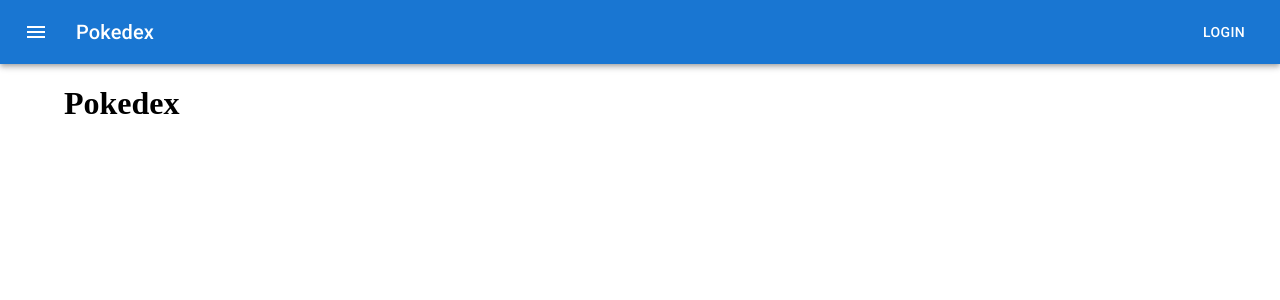
Repository: guilhermecardoso93/pokedex
Page: /
These files come from the project's save history. The page is drawn as it stood at one moment and after the next save; the edit follows.
The browser window is 1280 px wide. The pictures show the whole page.
The page's requests for data from a server got no answer. The project was rebuilt for these pictures with package versions that can differ from the ones it lists, and the page was loaded fresh each time. No one was signed in, and anything a server would have sent is missing. Also part of the build but not shown: src/pokedex/components/styles..ts, src/pokedex/components/PokedexCard.tsx, src/pokemon/services/getPokemonDetails.ts, src/pokemon/PokemonDetails.tsx.

Above is the page before, as saved 2022-08-07 10:07:22.

### public/index.html
<!DOCTYPE html>
<html lang="en">

<head>
  <meta charset="utf-8" />
  <link rel="icon" href="/public/favicon.ico" />
  <link rel="shortcut icon" href="/favicon.ico" type="image/x-icon">
  <meta name="viewport" content="width=device-width, initial-scale=1" />
  <meta name="theme-color" content="#000000" />
  <meta name="description" content="Web site created using create-react-app" />
  <link rel="stylesheet" href="https://fonts.googleapis.com/css?family=Roboto:300,400,500,700&display=swap" />
  <title>Pokedex</title>
  <Style>
    body {
      box-sizing: border-box;
      margin: 0;
      padding: 0;
    }
  </Style>
</head>

<body>
  <noscript>You need to enable JavaScript to run this app.</noscript>
  <div id="root"></div>
</body>

</html>

### src/index.tsx
import { StrictMode } from "react";
import ReactDOM from "react-dom";
import { App } from "./App";
// import { AuthProvider } from './contexts/JWTContext';

ReactDOM.render(
  <StrictMode>
    <App />
  </StrictMode>,
  document.getElementById("root"),
);

### src/App.tsx
import React from "react";
import { BrowserRouter, Router } from "react-router-dom";
import Routes from "./Routes";

export const App: React.FC = () => {
  return (
    <>
      <BrowserRouter>
        <Routes />
      </BrowserRouter>
    </>
  );
};

### src/Routes.tsx
import React from 'react';
import { Route, Switch } from 'react-router-dom';
import { Pokedex } from './pokedex/Pokedex';
import { PokemonDetails } from './pokemon/PokemonDetails';

interface RoutesProps {

}

export const Routes: React.FC<RoutesProps> = () => {
  return (
    <Switch>
      <Route path='/pokemon/:name'>
        <PokemonDetails/>
      </Route>
      <Route path='/'>
        <Pokedex />
      </Route>
    </Switch>
  );
};

export default Routes;

### src/pokedex/Pokedex.tsx
import { useEffect, useState } from "react";
import { useHistory } from "react-router-dom";

import Box from "@mui/material/Box";
import Typography from "@mui/material/Typography";
import Button from "@mui/material/Button";
import { CardActions, CardContent, Grid } from "@mui/material";
import { Container } from "@mui/system";

import { AppBarMenu } from "../components/AppBarMenu";
import {
  listPokemon,
  PokemonListInterface,
} from "../pokemon/services/listPokemon";
import { PokedexCard } from "./components/PokedexCard";

export const axios = require("axios");

interface PokedexProps {}

export const Pokedex: React.FC<PokedexProps> = () => {
  const [pokemon, setPokemon] = useState<PokemonListInterface[]>([]);
  const [pokemonSelected, setPokemonSelected] = useState<
    PokemonListInterface | undefined
  >(undefined);

  useEffect(() => {
    listPokemon().then((response: any) => setPokemon(response.results));
  }, []);

  return (
    <>
      <AppBarMenu />
      <Container maxWidth="lg">
        <Box mt={2}>
          <h1>Pokedex</h1>

          <Grid
            container
            spacing={2}
            columnSpacing={{ xs: 1, sm: 2, md: 3 }}
          >
            {pokemon.map((pokemon) => (
              <>
                <Grid
                  item
                  xs={6}
                  lg={3}
                  md={3}
                >
                  <PokedexCard pokemon={pokemon} />
                </Grid>
              </>
            ))}
          </Grid>
        </Box>
      </Container>
    </>
  );
};

### src/components/AppBarMenu.tsx
import React from "react";
import { AppBar, Toolbar } from "@mui/material";
import IconButton from "@mui/material/IconButton";
import MenuIcon from "@mui/icons-material/Menu";
import Typography from "@mui/material/Typography";
import Button from "@mui/material/Button";

interface AppbarProps {
}

export const AppBarMenu: React.FC<AppbarProps> = () => {
  return (
    <AppBar position="static">
      <Toolbar>
        <IconButton
          size="large"
          edge="start"
          color="inherit"
          aria-label="menu"
          sx={{ mr: 2 }}
        >
          <MenuIcon />
        </IconButton>
        <Typography variant="h6" component="div" sx={{ flexGrow: 1 }}>
          Pokedex
        </Typography>
        <Button color="inherit">Login</Button>
      </Toolbar>
    </AppBar>
  );
};

### src/pokemon/services/listPokemon.ts
import axios from "axios";

export interface PokemonListInterface {
  name: string;
  url: string;
}

export interface listPokemonInterface {
  count: number;
  next: null | string;
  previous: null | string;
  results: PokemonListInterface[];
}

export async function listPokemon(): Promise<listPokemonInterface> {
  const endpoint = `${process.env.REACT_APP_POKEAPI}/pokemon`;

  const response = await axios.get<listPokemonInterface>(endpoint);

  return response.data;
}

After the next save:
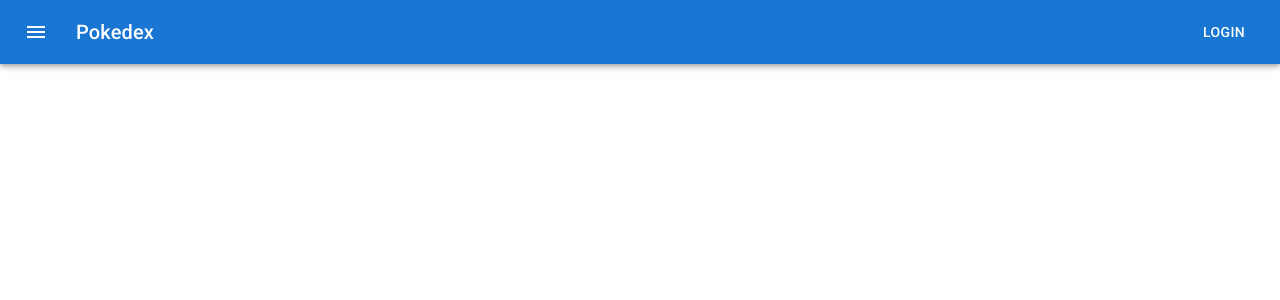
Saved 101 s later.
--- a/src/pokedex/Pokedex.tsx
+++ b/src/pokedex/Pokedex.tsx
@@ -33,8 +33,6 @@
       <AppBarMenu />
       <Container maxWidth="lg">
         <Box mt={2}>
-          <h1>Pokedex</h1>
-
           <Grid
             container
             spacing={2}
